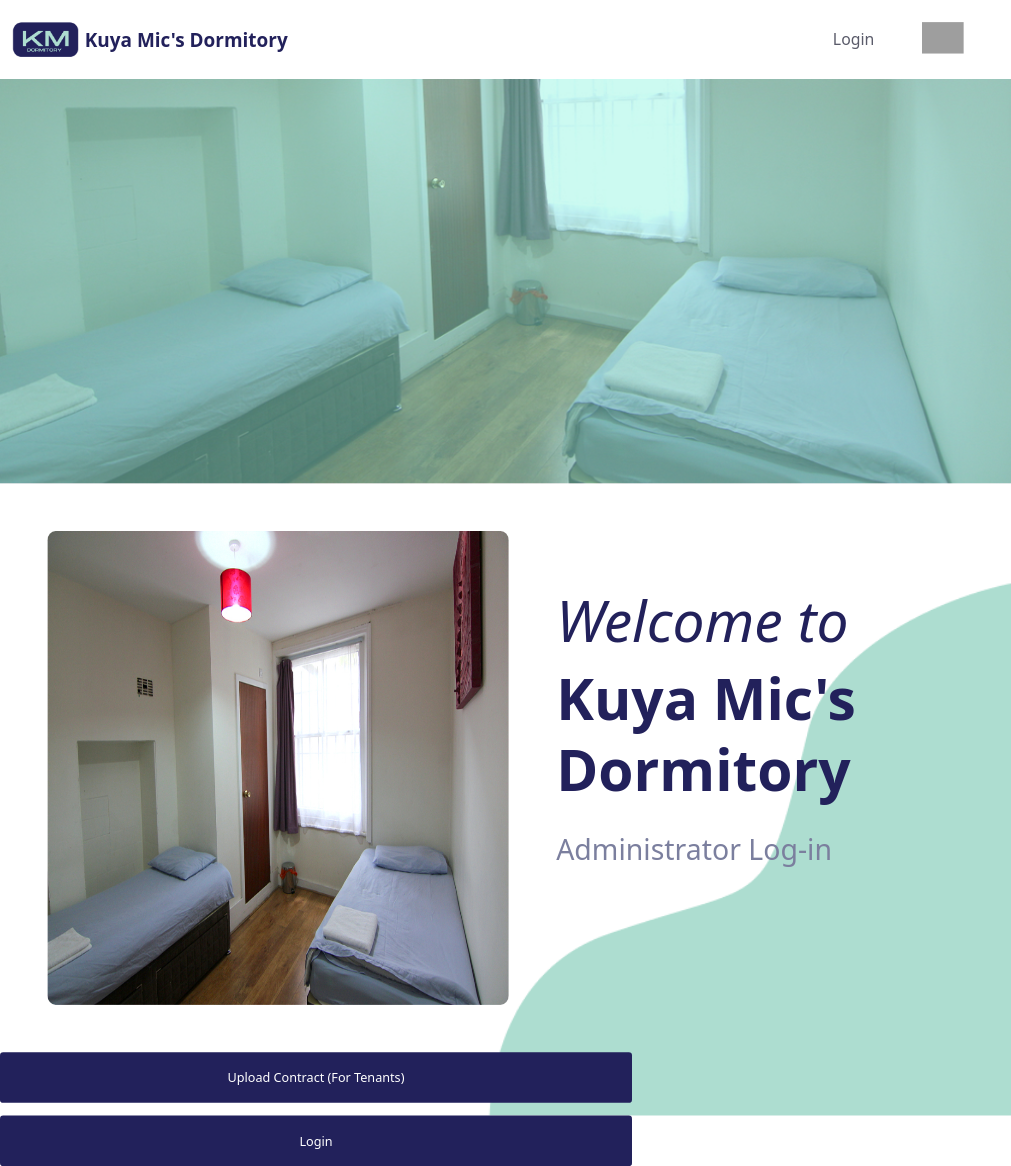
Repository: theamgri/Dormitory-Management-System
Page: index.html
These files come from the project's save history. The page is drawn as it stood at one moment and after the next save; the edit follows.
The browser window is 1280 px wide. The pictures show the whole page, at 79% of full size.
Pictures or frames that could not be fetched are drawn as grey boxes. Some web libraries are served in a nearby version.

Above is the page before, as saved 2023-01-11 23:07:13.

After the next save:
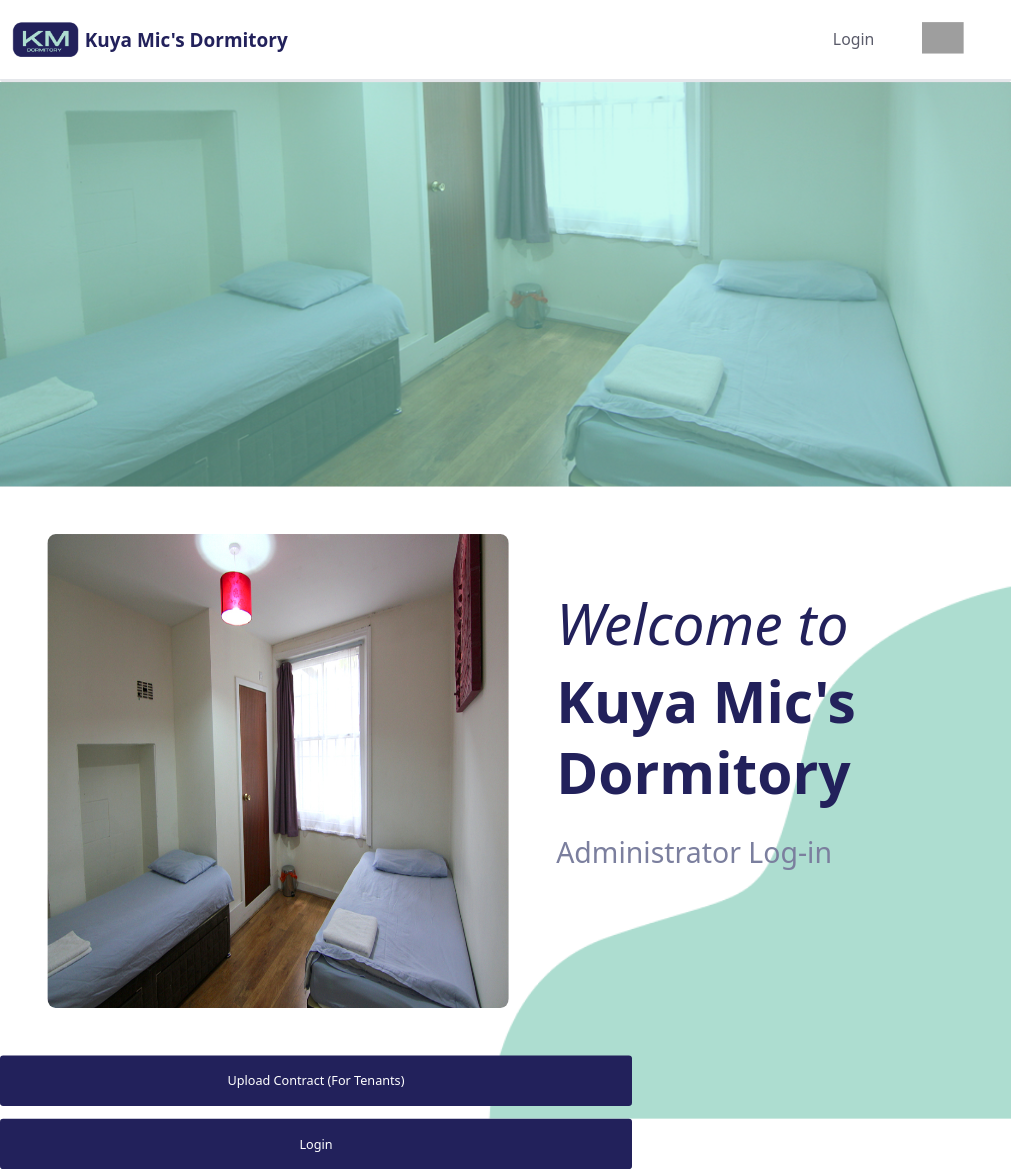
Saved 8 min 55 s later.
--- a/index.html
+++ b/index.html
@@ -9,7 +9,7 @@
     <title>Kuya Mic's Domitory</title>
 
 
-<nav class="bg-white border-gray-200 px-2 lg:px-4 py-1 rounded dark:bg-gray-100">
+<nav class="border-b-4 bg-white border-gray-200 px-2 lg:px-4 py-1 rounded dark:bg-gray-100">
     <div class="container flex flex-wrap items-center justify-between mx-auto">
       <a href="https://flowbite.com/" class="flex items-left">
           <img src="/assets/logo.png" class="h-11" alt="KM Logo" />

After the save that followed:
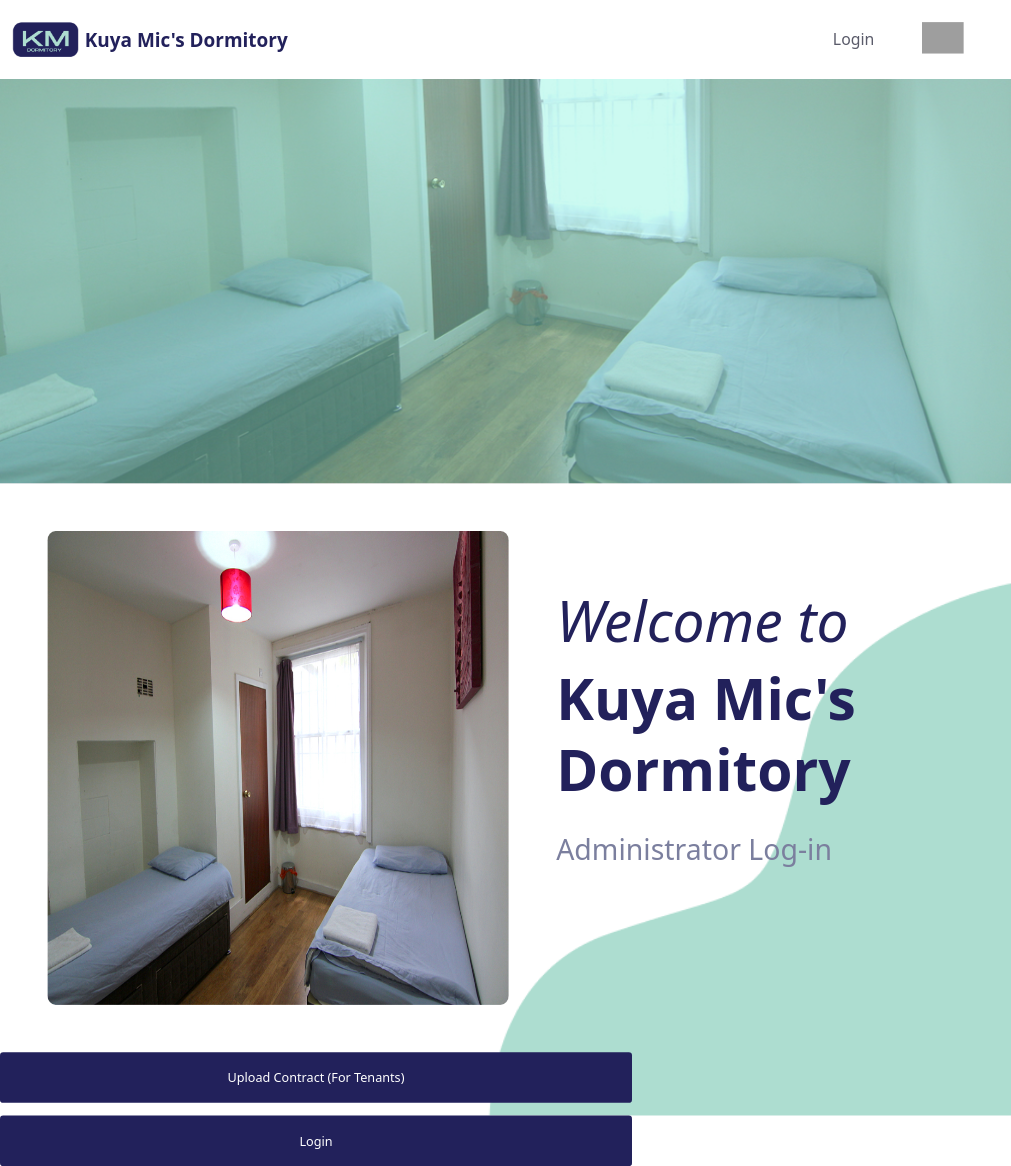
Saved 10 s later.
--- a/index.html
+++ b/index.html
@@ -9,7 +9,7 @@
     <title>Kuya Mic's Domitory</title>
 
 
-<nav class="border-b-4 bg-white border-gray-200 px-2 lg:px-4 py-1 rounded dark:bg-gray-100">
+<nav class="bg-white border-gray-200 px-2 lg:px-4 py-1 rounded dark:bg-gray-100">
     <div class="container flex flex-wrap items-center justify-between mx-auto">
       <a href="https://flowbite.com/" class="flex items-left">
           <img src="/assets/logo.png" class="h-11" alt="KM Logo" />
